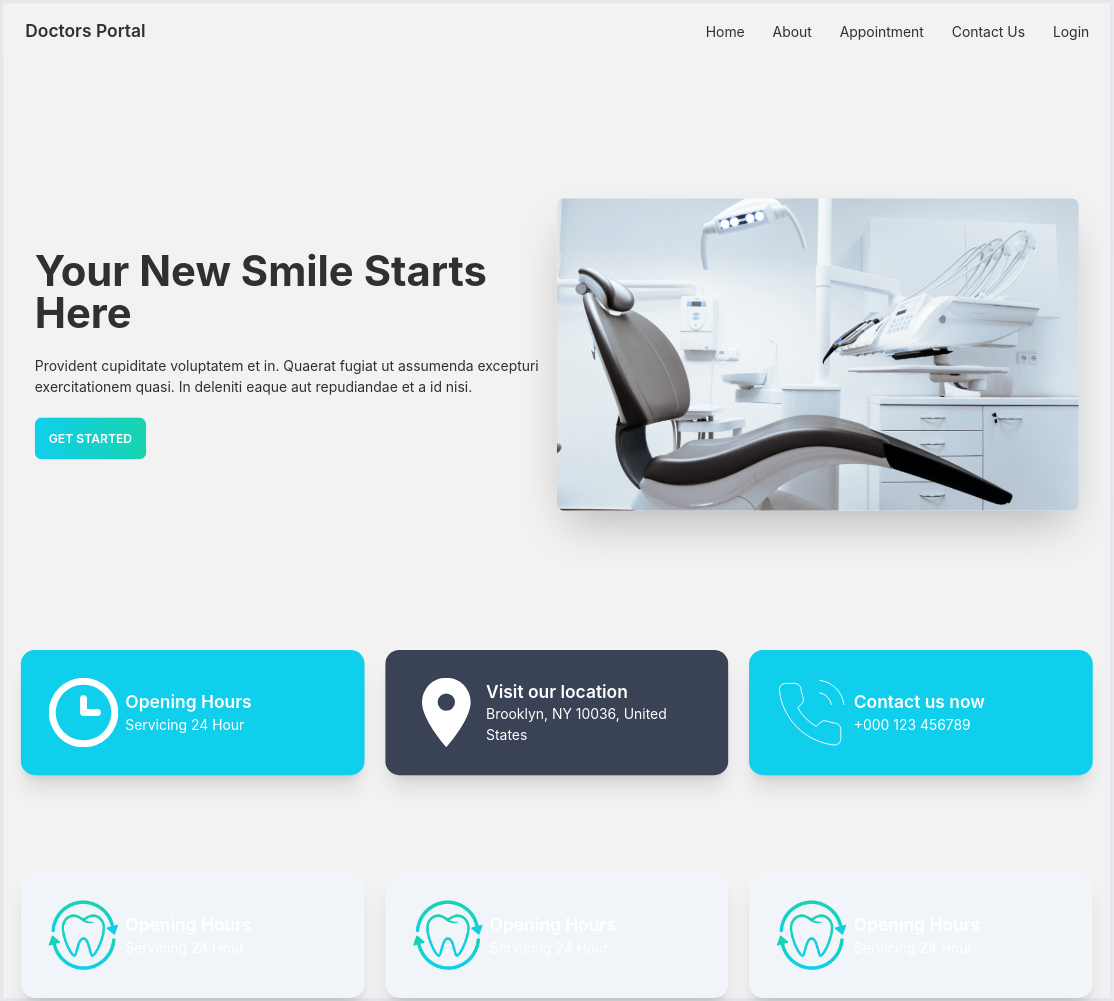
Repository: Samad77/Doctorportal-Client
Page: /
These files come from the project's save history. The page is drawn as it stood at one moment and after the next save; the edit follows.
The browser window is 1280 px wide. The pictures show the whole page, at 87% of full size.
The project was rebuilt for these pictures with package versions that can differ from the ones it lists, and the page was loaded fresh each time. Also part of the build but not shown: src/Pages/Login/Login.js.

Above is the page before, as saved 2022-11-12 12:42:07.

### src/App.js
import logo from './logo.svg';
import './App.css';
import {RouterProvider} from 'react-router-dom'
import router from './Layout/Routes/Routes';
import Cards from './Pages/Home/Cards/Cards';
function App() {
  return (
    <div className="App max-w-[1440px] mx-auto border-4">
      <RouterProvider router={router}>

      </RouterProvider>
    </div>
  );
}

export default App;

### src/Layout/Routes/Routes.js
import { createBrowserRouter } from "react-router-dom";
import Home from "../../Pages/Home/Home";
import Login from "../../Pages/Login/Login";
import Main from "../Main/Main";

const router = createBrowserRouter([
    {path : "/",
    element : <Main></Main>,
    children : [
        {path : '/', element : <Home></Home>,},
        {path: '/home', element : <Home></Home>},
        {path: '/login', element : <Login></Login>},
    ]
    }
])

export default router;

### src/Pages/Home/Cards/Cards.js
import React from 'react';
import img1 from '../../../assets/icons/clock.svg'
import img2 from '../../../assets/icons/marker.svg'
import img3 from '../../../assets/icons/phone.svg'
import img4 from '../../../assets/icons/quote.svg'

const Cards = () => {
    return (
        <section className='grid grid-cols-1 gap-6 md:grid-cols-2 lg:grid-cols-3 my-28'>
            <div className="card  bg-primary text-white shadow-xl">
                <div className="card-body flex flex-col items-center  lg:flex-row">
                    <div className=''>
                        <img src={img1} alt="" className='w-20 h-20'/>
                    </div>
                    <div className='text-left'>
                        <h2 className="card-title">Opening Hours</h2>
                        <p>Servicing 24 Hour</p>
                    </div>

                </div>
            </div>

            <div className="card  bg-neutral text-white shadow-xl">
                <div className="card-body flex flex-col items-center  lg:flex-row">
                    <div className=''>
                        <img src={img2} alt="" className='w-20 h-20'/>
                    </div>
                    <div className='text-left'>
                        <h2 className="card-title">Visit our location</h2>
                        <p>Brooklyn, NY 10036, United States</p>
                    </div>

                </div>
            </div>

            <div className="card  bg-primary text-white shadow-xl">
                <div className="card-body flex flex-col items-center  lg:flex-row">
                    <div className=''>
                        <img src={img3} alt="" className='w-20 h-20'/>
                    </div>
                    <div className='text-left'>
                        <h2 className="card-title">Contact us now</h2>
                        <p>+000 123 456789</p>
                    </div>

                </div>
            </div>
        </section>
    );
};

export default Cards;

### src/Pages/Home/Home.js
import React from 'react';
import Banner from './Banner/Banner';
import Cards from './Cards/Cards';
import Services from './Services/Services';

const Home = () => {
    return (
        <div className='mx-5'>
            <Banner></Banner>
            <Cards></Cards>
            <Services></Services>
        </div>
    );
};

export default Home;

### src/Layout/Main/Main.js
import React from 'react';
import Footer from '../../Pages/Shared/Footer/Footer';
import Navbar from '../../Pages/Shared/Navbar/Navbar';
import {Outlet} from 'react-router-dom'
const Main = () => {
    return (
        <div>
            <Navbar></Navbar>
                <Outlet></Outlet>
            <Footer></Footer>
        </div>
    );
};

export default Main;

### src/Pages/Home/Banner/Banner.js
import React from 'react';
import img1 from '../../../assets/images/chair.png'
const Banner = () => {
    return (
        <div className="hero bg-base-100 my-36">
            <div className="hero-content flex-col lg:flex-row-reverse">
                <img src={img1} className="w-1/2 rounded-lg shadow-2xl" />
                <div className='text-left'>
                <h1 className="text-5xl font-bold">Your New Smile Starts Here</h1>
                <p className="py-6">Provident cupiditate voluptatem et in. Quaerat fugiat ut assumenda excepturi exercitationem quasi. In deleniti eaque aut repudiandae et a id nisi.</p>
                <button className="btn btn-primary border-0 bg-gradient-to-r from-primary to-secondary text-white">Get Started</button>
                </div>
            </div>
        </div>
    );
};

export default Banner;

### src/Pages/Home/Services/Services.js
import React from 'react';
import img1 from '../../../assets/images/fluoride.png'
import img2 from '../../../assets/images/cavity.png'
import img3 from '../../../assets/images/whitening.png'
const Services = () => {
    const allServices = [
        {
            img : img1,
            name : "Fluoride Treatment",
            about : "Lorem Ipsum is simply dummy printing and typesetting indust Ipsum has been the"
        },
        {
            img : img2,
            name : "Cavity Filling",
            about : "Lorem Ipsum is simply dummy printing and typesetting indust Ipsum has been the"
        },
        {
            img : img3,
            name : "Teeth Whitening",
            about : "Lorem Ipsum is simply dummy printing and typesetting indust Ipsum has been the"
        },
    ]
    return (
        <div className='grid grid-cols-1 gap-6 md:grid-cols-2 lg:grid-cols-3'>
            {
                allServices.map( service => <Service key={service.name} service={service}></Service>)
            }
        </div>
    );
};

const Service = ({service}) => {
    return (
        <div className="card  bg-primary text-white shadow-xl bg-slate-100 text-black">
            <div className="card-body flex flex-col items-center  lg:flex-row">
                <div className=''>
                    <img src={img1} alt="" className='w-20 h-20'/>
                </div>
                <div className='text-left'>
                    <h2 className="card-title">Opening Hours</h2>
                    <p>Servicing 24 Hour</p>
                </div>
            </div>
        </div>


    )
}
export default Services;

### src/Pages/Shared/Navbar/Navbar.js
import React from 'react';
import {Link} from 'react-router-dom'
const Navbar = () => {

    const menuItems =

    <React.Fragment>
        <li><Link to="/home">Home</Link></li>
        <li><Link to="/about">About</Link></li>
        <li><Link to="/appointment">Appointment</Link></li>
        <li><Link to="/contact">Contact Us</Link></li>
        <li><Link to="/login">Login</Link></li>
    </React.Fragment>

    return (
        <div className="navbar bg-base-100 flex justify-between">
  <div className="navbar-start">
    <div className="dropdown">
      <label tabIndex={0} className="btn btn-ghost lg:hidden">
        <svg xmlns="http://www.w3.org/2000/svg" className="h-5 w-5" fill="none" viewBox="0 0 24 24" stroke="currentColor"><path strokeLinecap="round" strokeLinejoin="round" strokeWidth="2" d="M4 6h16M4 12h8m-8 6h16" /></svg>
      </label>
      <ul tabIndex={0} className="menu menu-compact dropdown-content mt-3 p-2 shadow rounded-box w-52">
            {menuItems}
      </ul>
    </div>
    <Link to='/' className="btn btn-ghost normal-case text-xl">Doctors Portal</Link>
  </div>
  <div className="navbar-center hidden lg:flex">
    <ul className="menu menu-horizontal p-0">
        {menuItems}
    </ul>
  </div>

</div>
    );
};

export default Navbar;

### tailwind.config.js
/** @type {import('tailwindcss').Config} */
module.exports = {
  content: ["./src/**/*.{js,jsx,ts,tsx}"],
  theme: {
    extend: {},
  },
  daisyui : {
    themes : [

    {
      doctorThemes: {

primary: "#0FCFEC",

secondary: "#19D3AE",

neutral: "#3A4256",

"base-100": "#F2F2F2",

      },
    },
  ]
  },
  plugins: [require("daisyui")],
}

Loaded but not shown: public/index.html (common file); src/index.js (common file); src/index.css (common file); src/reportWebVitals.js (common file); src/App.css (common file); src/Pages/Shared/Footer/Footer.js (common file)

After the next save:
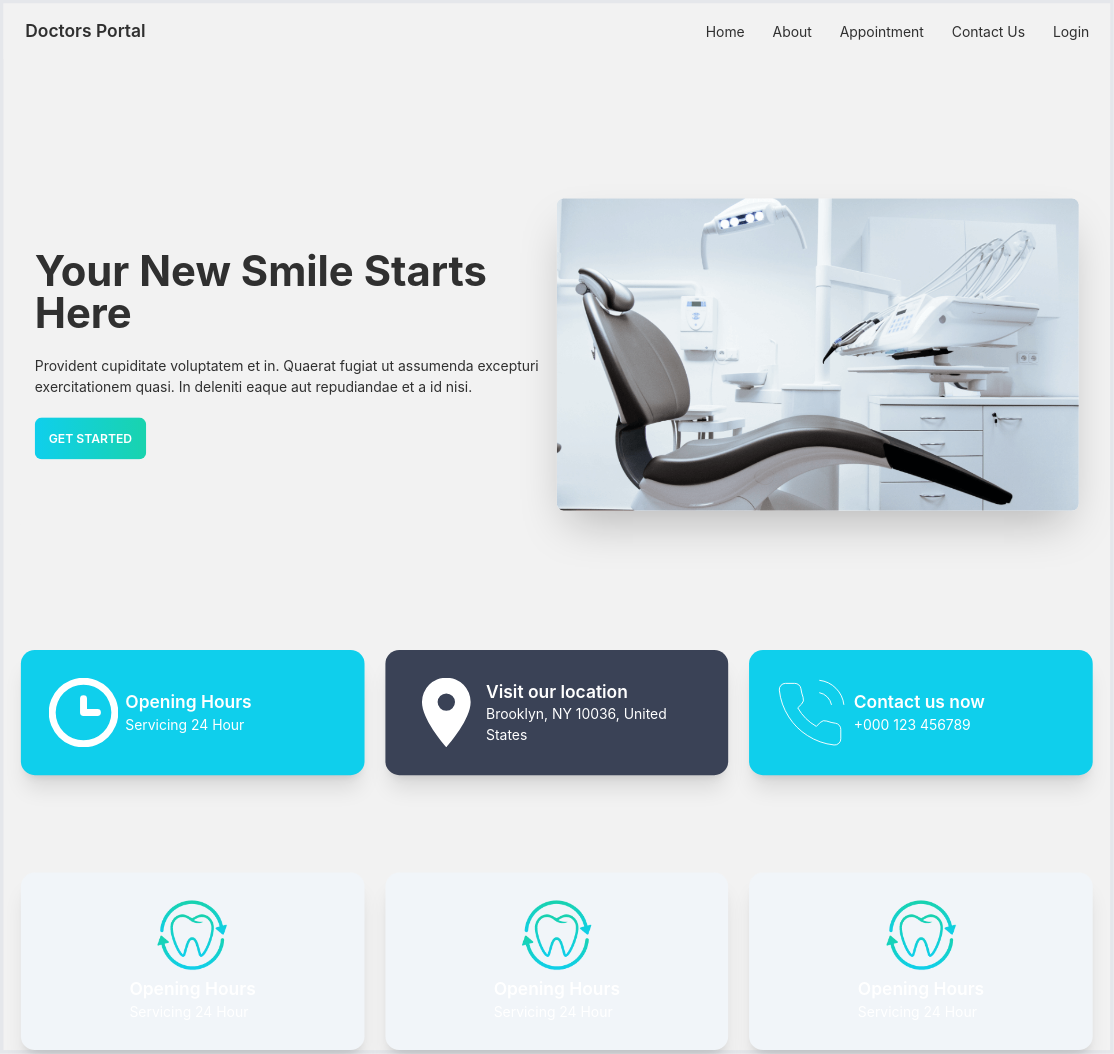
Saved 16 s later.
--- a/src/Pages/Home/Services/Services.js
+++ b/src/Pages/Home/Services/Services.js
@@ -32,7 +32,7 @@ const Services = () => {
 const Service = ({service}) => {
     return (
         <div className="card  bg-primary text-white shadow-xl bg-slate-100 text-black">
-            <div className="card-body flex flex-col items-center  lg:flex-row">
+            <div className="card-body flex flex-col items-center  ">
                 <div className=''>
                     <img src={img1} alt="" className='w-20 h-20'/>
                 </div>
